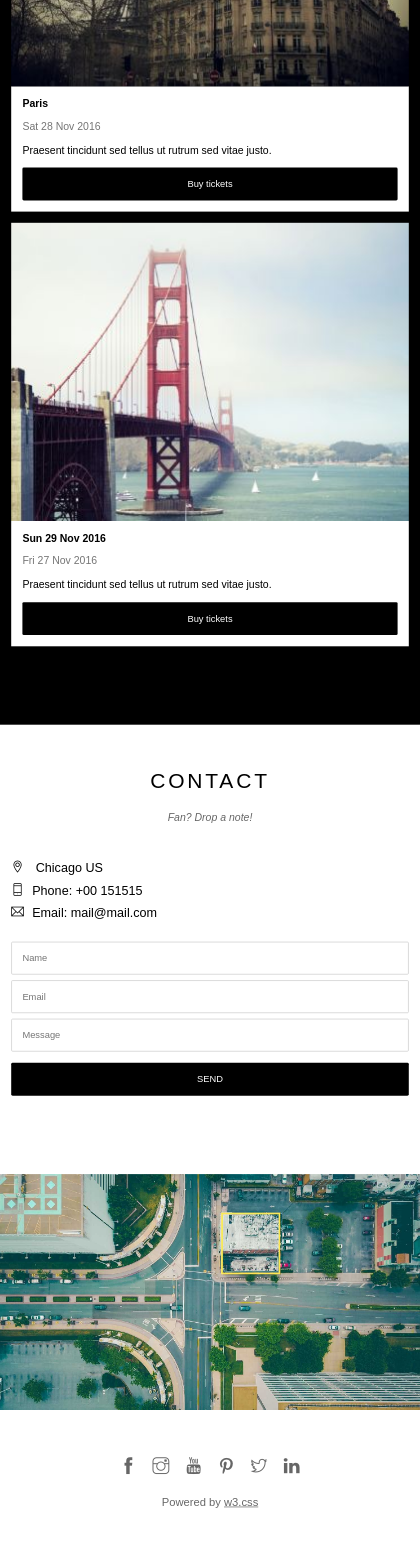
Repository: Phunobita/The-band-w3school
Page: index.html
An editor plug-in stored every save of this project. The page is shown before and after the next save, followed by the edit.
The browser window is 600 px wide. The pictures show the part of the page from y = 3325 to 5565 px (the page is 5557 px tall before and 5565 px after), at 70% of full size.

Above is the page before, as saved 2021-12-04 21:00:39.

After the next save:
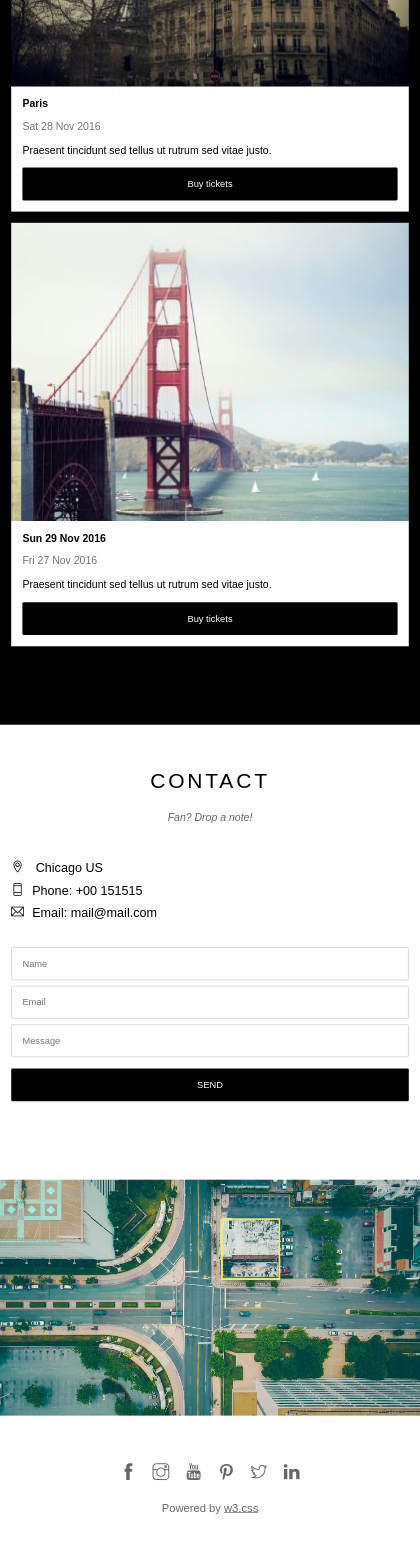
Saved 95 s later.
--- a/assets/css/responsive.css
+++ b/assets/css/responsive.css
@@ -85,6 +85,6 @@
   }
 
   .contact-form {
-    margin-top: 24px;
+    margin-top: 32px;
   }
 }
